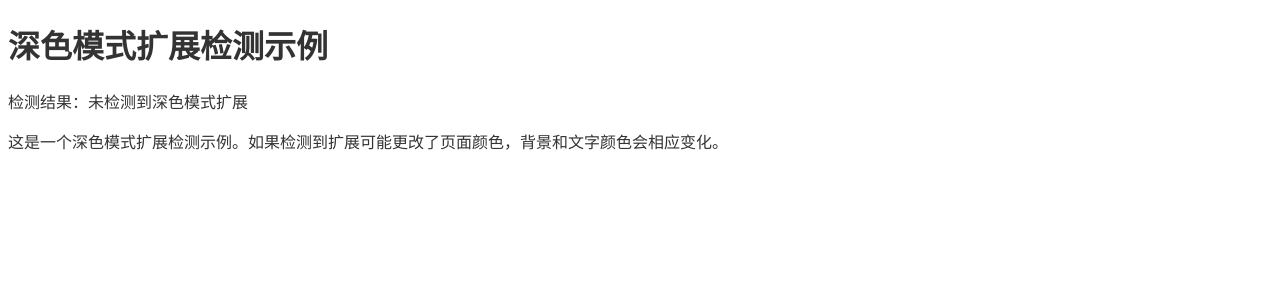
Repository: Lisu-Liso/GXCC
Page: test.html
An editor plug-in stored every save of this project. The page is shown before and after the next save, followed by the edit.
The browser window is 1280 px wide. The pictures show the whole page.

Above is the page before, as saved 2024-10-27 12:38:02.

After the next save:
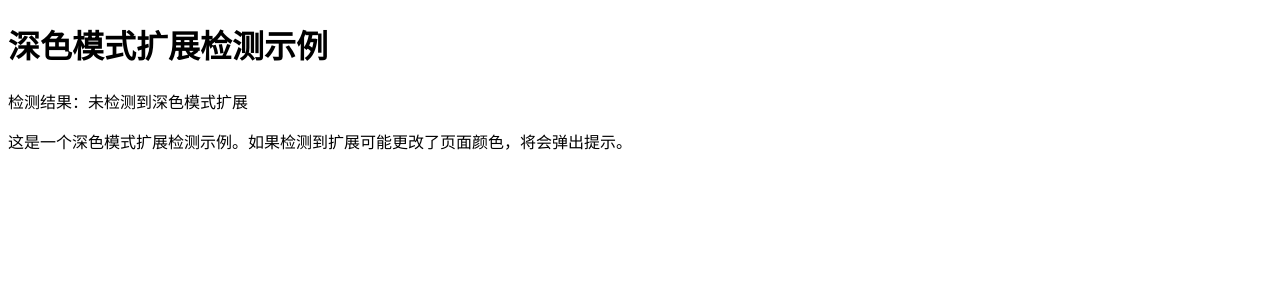
Saved 3 min 16 s later.
--- a/test.html
+++ b/test.html
@@ -4,50 +4,71 @@
     <meta charset="UTF-8">
     <meta name="viewport" content="width=device-width, initial-scale=1.0">
     <title>深色模式扩展检测示例</title>
+    <script src="checkdarkmode.js"></script>
     <style>
-        #test-element {
-            position: absolute;
-            top: -9999px;
-            left: -9999px;
-            width: 1px;
-            height: 1px;
-            background-color: rgb(255, 255, 255);
+        .overlay {
+            position: fixed;
+            top: 0;
+            left: 0;
+            width: 100%;
+            height: 100%;
+            background-color: rgba(0, 0, 0, 0.5);
+            display: flex;
+            justify-content: center;
+            align-items: center;
+            z-index: 1000;
+        }
+        .modal {
+            background-color: white;
+            padding: 20px;
+            border-radius: 5px;
+            text-align: center;
+        }
+        .modal button {
+            margin-top: 10px;
+            padding: 5px 10px;
         }
     </style>
     <script>
-        function checkDarkModeExtension() {
-            const testElement = document.createElement('div');
-            testElement.id = 'test-element';
-            document.body.appendChild(testElement);
-
-            // 给扩展一些时间来修改元素
-            setTimeout(() => {
-                const computedStyle = window.getComputedStyle(testElement);
-                const backgroundColor = computedStyle.backgroundColor;
-                const textColor = computedStyle.color;
-
+        document.addEventListener('DOMContentLoaded', () => {
+            checkDarkModeExtension((isDarkMode) => {
                 const resultElement = document.getElementById('result');
-
-                if (backgroundColor !== 'rgb(255, 255, 255)' || textColor !== 'rgb(0, 0, 0)') {
+                if (isDarkMode) {
                     resultElement.textContent = '检测到可能有深色模式扩展在运行';
-                    document.body.style.backgroundColor = '#333';
-                    document.body.style.color = '#fff';
+                    showDarkModeWarning();
                 } else {
                     resultElement.textContent = '未检测到深色模式扩展';
-                    document.body.style.backgroundColor = '#fff';
-                    document.body.style.color = '#333';
                 }
+            });
+        });
 
-                document.body.removeChild(testElement);
-            }, 50); // 等待50毫秒
+        function showDarkModeWarning() {
+            const overlay = document.createElement('div');
+            overlay.className = 'overlay';
+
+            const modal = document.createElement('div');
+            modal.className = 'modal';
+            modal.innerHTML = `
+                <h2>检测到深色模式扩展</h2>
+                <p>我们检测到您正在使用深色模式扩展。为了获得最佳体验，请关闭该扩展。</p>
+                <button onclick="closeWarning()">我已了解</button>
+            `;
+
+            overlay.appendChild(modal);
+            document.body.appendChild(overlay);
         }
 
-        document.addEventListener('DOMContentLoaded', checkDarkModeExtension);
+        function closeWarning() {
+            const overlay = document.querySelector('.overlay');
+            if (overlay) {
+                document.body.removeChild(overlay);
+            }
+        }
     </script>
 </head>
 <body>
     <h1>深色模式扩展检测示例</h1>
     <p>检测结果：<span id="result">正在检测...</span></p>
-    <p>这是一个深色模式扩展检测示例。如果检测到扩展可能更改了页面颜色，背景和文字颜色会相应变化。</p>
+    <p>这是一个深色模式扩展检测示例。如果检测到扩展可能更改了页面颜色，将会弹出提示。</p>
 </body>
 </html>
